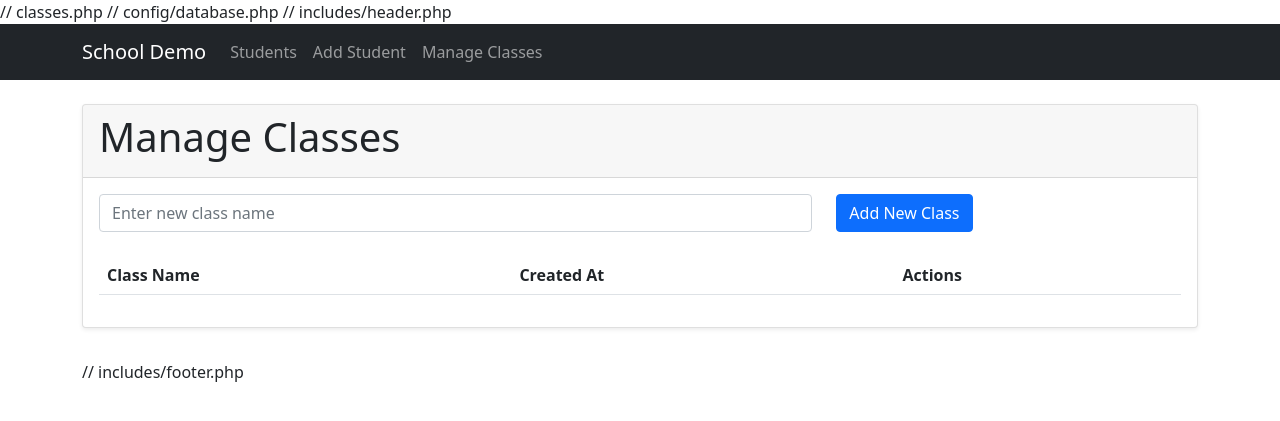
Repository: ASHVAMI/school_demo
Page: http://localhost/classes.php
The author's editor kept a copy of each file at every save. The page is drawn from the files as they stood at one save, then again after the next save.
The browser window is 1280 px wide. The pictures show the whole page.
The page is run by PHP 8.4 with error messages shown; the project is at /var/www/html/. Queries for data that is not in the repository find no rows.

Above is the page before, as saved 2024-11-30 23:35:13.

### classes.php
// classes.php
<?php
require_once 'config/database.php';
require_once 'classes/ClassRoom.php';

$classroom = new ClassRoom($pdo);
$classes = $classroom->getAllClasses();

$errors = [];
$success = '';

// Handle class creation
if ($_SERVER['REQUEST_METHOD'] == 'POST' && isset($_POST['action'])) {
    switch ($_POST['action']) {
        case 'create':
            if (!empty($_POST['name'])) {
                if ($classroom->createClass($_POST['name'])) {
                    $success = "Class created successfully";
                    header("Location: classes.php");
                    exit;
                } else {
                    $errors[] = "Error creating class";
                }
            } else {
                $errors[] = "Class name is required";
            }
            break;

        case 'update':
            if (!empty($_POST['name']) && !empty($_POST['class_id'])) {
                if ($classroom->updateClass($_POST['class_id'], $_POST['name'])) {
                    $success = "Class updated successfully";
                    header("Location: classes.php");
                    exit;
                } else {
                    $errors[] = "Error updating class";
                }
            }
            break;

        case 'delete':
            if (!empty($_POST['class_id'])) {
                if ($classroom->deleteClass($_POST['class_id'])) {
                    $success = "Class deleted successfully";
                    header("Location: classes.php");
                    exit;
                } else {
                    $errors[] = "Error deleting class";
                }
            }
            break;
    }
}

include 'includes/header.php';
?>

<div class="card">
    <div class="card-header">
        <h1>Manage Classes</h1>
    </div>
    <div class="card-body">
        <?php if (!empty($errors)): ?>
            <div class="alert alert-danger">
                <ul class="mb-0">
                    <?php foreach ($errors as $error): ?>
                        <li><?php echo htmlspecialchars($error); ?></li>
                    <?php endforeach; ?>
                </ul>
            </div>
        <?php endif; ?>

        <?php if ($success): ?>
            <div class="alert alert-success">
                <?php echo htmlspecialchars($success); ?>
            </div>
        <?php endif; ?>

        <!-- Add New Class Form -->
        <form method="post" class="mb-4">
            <input type="hidden" name="action" value="create">
            <div class="row">
                <div class="col-md-8">
                    <input type="text"
                           name="name"
                           class="form-control"
                           placeholder="Enter new class name"
                           required>
                </div>
                <div class="col-md-4">
                    <button type="submit" class="btn btn-primary">Add New Class</button>
                </div>
            </div>
        </form>

        <!-- Classes List -->
        <table class="table">
            <thead>
                <tr>
                    <th>Class Name</th>
                    <th>Created At</th>
                    <th>Actions</th>
                </tr>
            </thead>
            <tbody>
                <?php foreach ($classes as $class): ?>
                    <tr>
                        <td><?php echo htmlspecialchars($class['name']); ?></td>
                        <td><?php echo date('F j, Y', strtotime($class['created_at'])); ?></td>
                        <td>
                            <button type="button"
                                    class="btn btn-sm btn-warning"
                                    data-bs-toggle="modal"
                                    data-bs-target="#editModal<?php echo $class['class_id']; ?>">
                                Edit
                            </button>
                            <form method="post" class="d-inline">
                                <input type="hidden" name="action" value="delete">
                                <input type="hidden" name="class_id" value="<?php echo $class['class_id']; ?>">
                                <button type="submit"
                                        class="btn btn-sm btn-danger"
                                        onclick="return confirm('Are you sure? This will delete all students in this class!')">
                                    Delete
                                </button>
                            </form>
                        </td>
                    </tr>

                    <!-- Edit Modal for each class -->
                    <div class="modal fade" id="editModal<?php echo $class['class_id']; ?>" tabindex="-1">
                        <div class="modal-dialog">
                            <div class="modal-content">
                                <form method="post">
                                    <input type="hidden" name="action" value="update">
                                    <input type="hidden" name="class_id" value="<?php echo $class['class_id']; ?>">

                                    <div class="modal-header">
                                        <h5 class="modal-title">Edit Class</h5>
                                        <button type="button" class="btn-close" data-bs-dismiss="modal"></button>
                                    </div>
                                    <div class="modal-body">
                                        <div class="mb-3">
                                            <label for="name<?php echo $class['class_id']; ?>" class="form-label">
                                                Class Name
                                            </label>
                                            <input type="text"
                                                   class="form-control"
                                                   id="name<?php echo $class['class_id']; ?>"
                                                   name="name"
                                                   value="<?php echo htmlspecialchars($class['name']); ?>"
                                                   required>
                                        </div>
                                    </div>
                                    <div class="modal-footer">
                                        <button type="button" class="btn btn-secondary" data-bs-dismiss="modal">
                                            Close
                                        </button>
                                        <button type="submit" class="btn btn-primary">Save Changes</button>
                                    </div>
                                </form>
                            </div>
                        </div>
                    </div>
                <?php endforeach; ?>
            </tbody>
        </table>
    </div>
</div>

<?php include 'includes/footer.php'; ?>

### config/database.php
// config/database.php
<?php
class Database {
    private $host = "localhost";
    private $db_name = "school_db";
    private $username = "root";
    private $password = "";
    private $conn;

    public function getConnection() {
        $this->conn = null;

        try {
            $this->conn = new PDO(
                "mysql:host=" . $this->host . ";dbname=" . $this->db_name,
                $this->username,
                $this->password
            );
            $this->conn->setAttribute(PDO::ATTR_ERRMODE, PDO::ERRMODE_EXCEPTION);
            $this->conn->setAttribute(PDO::ATTR_DEFAULT_FETCH_MODE, PDO::FETCH_ASSOC);
        } catch(PDOException $e) {
            echo "Connection Error: " . $e->getMessage();
        }

        return $this->conn;
    }
}

$database = new Database();
$pdo = $database->getConnection();
?>

### classes/ClassRoom.php

<?php
class ClassRoom {
    private $conn;
    private $table_name = "classes";

    public function __construct($db) {
        $this->conn = $db;
    }

    public function getAllClasses() {
        $query = "SELECT * FROM " . $this->table_name . " ORDER BY name ASC";
        $stmt = $this->conn->prepare($query);
        $stmt->execute();
        return $stmt->fetchAll();
    }

    public function getClass($id) {
        $query = "SELECT * FROM " . $this->table_name . " WHERE class_id = :id";
        $stmt = $this->conn->prepare($query);
        $stmt->bindParam(":id", $id);
        $stmt->execute();
        return $stmt->fetch();
    }

    public function createClass($name) {
        $query = "INSERT INTO " . $this->table_name . " (name) VALUES (:name)";
        $stmt = $this->conn->prepare($query);
        $stmt->bindParam(":name", $name);
        return $stmt->execute();
    }

    public function updateClass($id, $name) {
        $query = "UPDATE " . $this->table_name . " SET name = :name WHERE class_id = :id";
        $stmt = $this->conn->prepare($query);
        $stmt->bindParam(":name", $name);
        $stmt->bindParam(":id", $id);
        return $stmt->execute();
    }

    public function deleteClass($id) {
        $query = "DELETE FROM " . $this->table_name . " WHERE class_id = :id";
        $stmt = $this->conn->prepare($query);
        $stmt->bindParam(":id", $id);
        return $stmt->execute();
    }
}
?>

### includes/header.php
// includes/header.php
<!DOCTYPE html>
<html lang="en">
<head>
    <meta charset="UTF-8">
    <meta name="viewport" content="width=device-width, initial-scale=1.0">
    <title>School Management System</title>
    <link href="https://cdn.jsdelivr.net/npm/bootstrap@5.1.3/dist/css/bootstrap.min.css" rel="stylesheet">
    <link href="assets/css/style.css" rel="stylesheet">
</head>
<body>
    <nav class="navbar navbar-expand-lg navbar-dark bg-dark mb-4">
        <div class="container">
            <a class="navbar-brand" href="index.php">School Demo</a>
            <button class="navbar-toggler" type="button" data-bs-toggle="collapse" data-bs-target="#navbarNav">
                <span class="navbar-toggler-icon"></span>
            </button>
            <div class="collapse navbar-collapse" id="navbarNav">
                <ul class="navbar-nav">
                    <li class="nav-item">
                        <a class="nav-link" href="index.php">Students</a>
                    </li>
                    <li class="nav-item">
                        <a class="nav-link" href="create.php">Add Student</a>
                    </li>
                    <li class="nav-item">
                        <a class="nav-link" href="classes.php">Manage Classes</a>
                    </li>
                </ul>
            </div>
        </div>
    </nav>
    <div class="container">

### includes/footer.php
// includes/footer.php
    </div>
    <script src="https://cdn.jsdelivr.net/npm/bootstrap@5.1.3/dist/js/bootstrap.bundle.min.js"></script>
    <script src="assets/js/main.js"></script>
</body>
</html>

### assets/css/style.css

.student-image {
    max-width: 150px;
    height: auto;
}

.image-preview {
    max-width: 200px;
    margin-top: 10px;
    display: none;
}

.table-responsive {
    margin-bottom: 1rem;
}

.form-group {
    margin-bottom: 1rem;
}

.alert {
    margin-bottom: 1rem;
}

.card {
    margin-bottom: 2rem;
    box-shadow: 0 0.125rem 0.25rem rgba(0, 0, 0, 0.075);
}

.btn-group-sm > .btn, .btn-sm {
    padding: 0.25rem 0.5rem;
    font-size: 0.875rem;
    border-radius: 0.2rem;
}

.navbar {
    margin-bottom: 2rem;
}

.invalid-feedback {
    display: none;
    width: 100%;
    margin-top: 0.25rem;
    font-size: 80%;
    color: #dc3545;
}

.was-validated .form-control:invalid ~ .invalid-feedback {
    display: block;
}

### assets/js/main.js

document.addEventListener('DOMContentLoaded', function() {
    // Preview image before upload
    const imageInput = document.querySelector('input[type="file"]');
    const imagePreview = document.querySelector('.image-preview');

    if (imageInput && imagePreview) {
        imageInput.addEventListener('change', function() {
            const file = this.files[0];
            if (file) {
                const reader = new FileReader();
                reader.onload = function(e) {
                    imagePreview.src = e.target.result;
                    imagePreview.style.display = 'block';
                }
                reader.readAsDataURL(file);
            }
        });
    }

    // Form validation
    const forms = document.querySelectorAll('.needs-validation');
    forms.forEach(form => {
        form.addEventListener('submit', function(event) {
            if (!form.checkValidity()) {
                event.preventDefault();
                event.stopPropagation();
            }
            form.classList.add('was-validated');
        });
    });
});

After the next save:
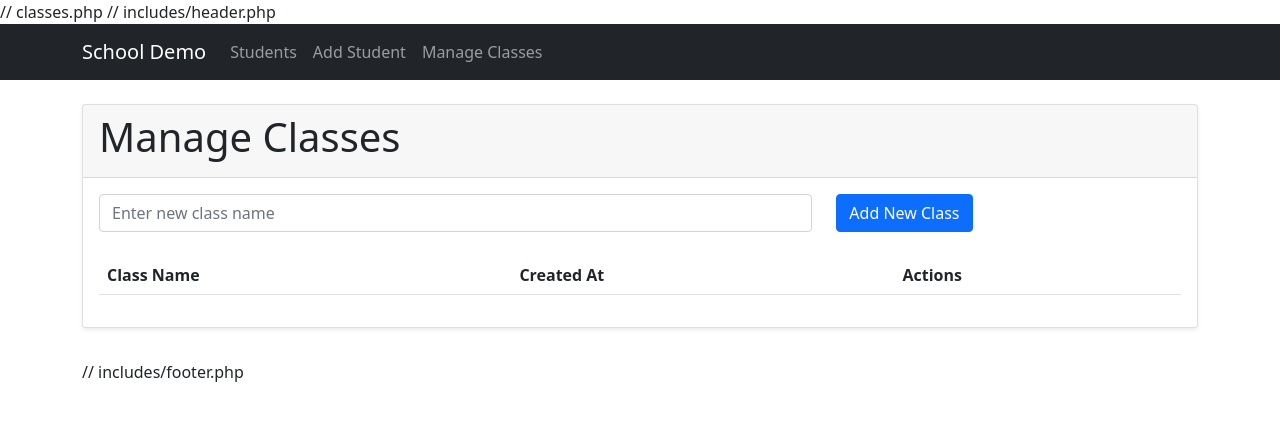
Saved 8 s later.
--- a/config/database.php
+++ b/config/database.php
@@ -1,4 +1,4 @@
-// config/database.php
+
 <?php
 class Database {
     private $host = "localhost";
